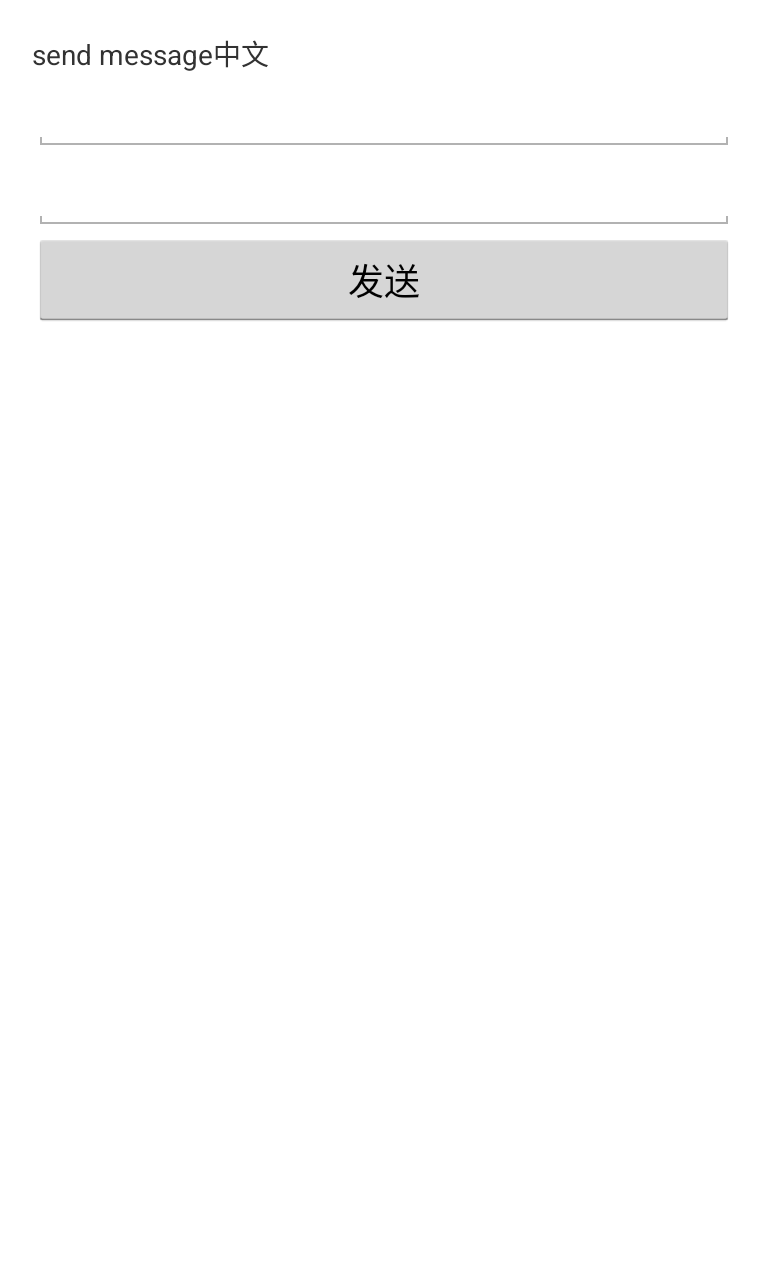
Repository: qwer2714856/Android_learn
Layout: message/res/layout/activity_main.xml
The author's editor kept a copy of each file at every save. The layout is drawn from the files as they stood at one save, then again after the next save.
It is drawn on a 768 x 1280 px phone screen (xhdpi) without system bars, with theme AppTheme; the app's code is not run.

Above is the layout before, as saved 2015-09-24 11:52:52.

### message/res/layout/activity_main.xml
<LinearLayout xmlns:android="http://schemas.android.com/apk/res/android"
    xmlns:tools="http://schemas.android.com/tools"
    android:layout_width="match_parent"
    android:layout_height="match_parent"
    android:paddingBottom="@dimen/activity_vertical_margin"
    android:paddingLeft="@dimen/activity_horizontal_margin"
    android:paddingRight="@dimen/activity_horizontal_margin"
    android:paddingTop="@dimen/activity_vertical_margin"
    tools:context="com.theadventus.message.MainActivity"
    android:orientation="vertical">
    <TextView
        android:layout_width="wrap_content"
        android:layout_height="wrap_content"
        android:text="@string/message" />
    <EditText
        android:layout_width="match_parent"
        android:layout_height="wrap_content"
        android:id="@+id/num"
        />
     <EditText
        android:layout_width="match_parent"
        android:layout_height="wrap_content"
        android:id="@+id/message"
        />


    <Button
        android:layout_width="match_parent"
		android:layout_height="wrap_content"
		android:text="发送"
		android:id="@+id/send"
        />

</LinearLayout>

### message/res/values/strings.xml
<?xml version="1.0" encoding="utf-8"?>
<resources>

    <string name="app_name">message</string>
    <string name="hello_world">Hello world!</string>
    <string name="action_settings">Settings</string>
    <string name="message">send message中文</string>

</resources>

Loaded but not shown: message/res/values/styles.xml (common file); message/res/values-v11/styles.xml (common file); message/res/values-v14/styles.xml (common file); message/res/values/dimens.xml (common file); message/res/values-w820dp/dimens.xml (common file)

After the next save:
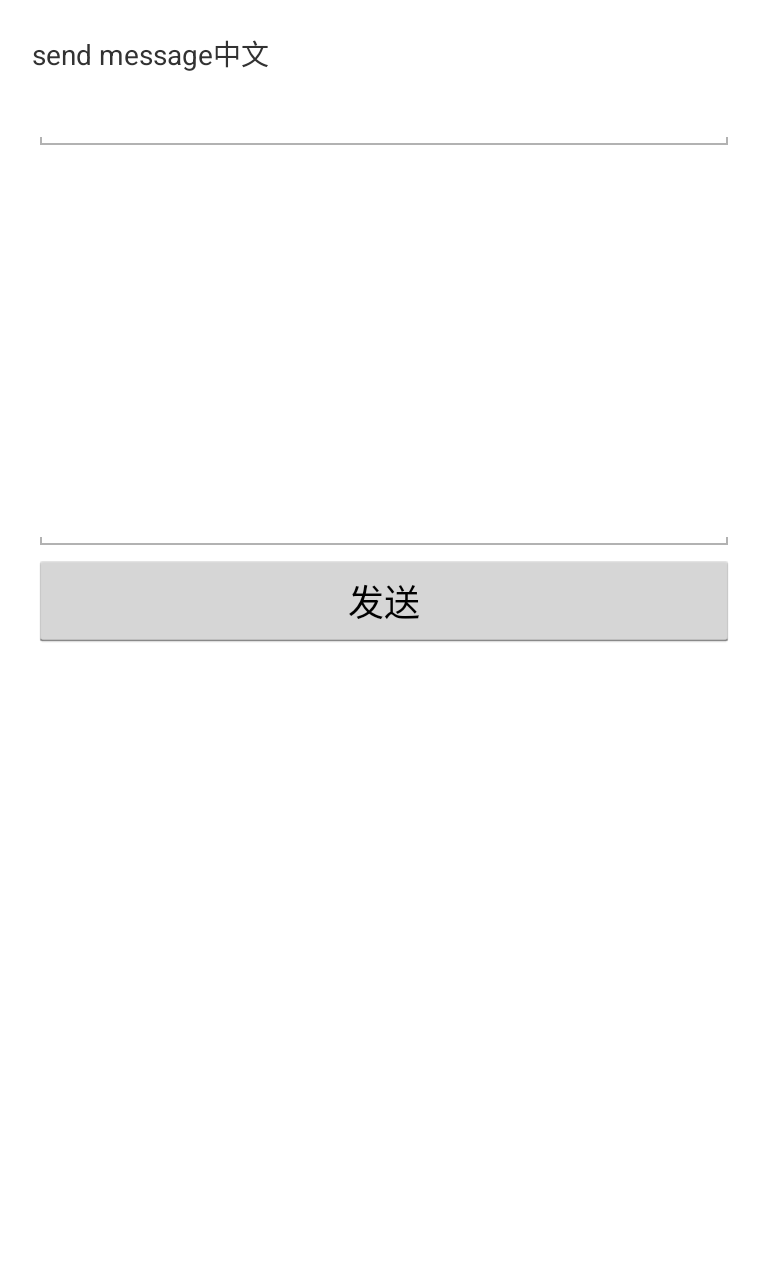
Saved 24 s later.
--- a/message/res/layout/activity_main.xml
+++ b/message/res/layout/activity_main.xml
@@ -17,10 +17,12 @@
         android:layout_height="wrap_content"
         android:id="@+id/num"
         />
+
      <EditText
         android:layout_width="match_parent"
         android:layout_height="wrap_content"
         android:id="@+id/message"
+        android:height="200dp"
         />
 
 
